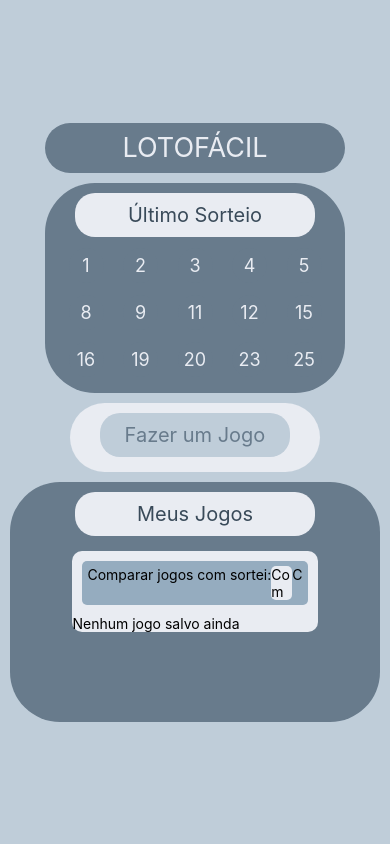
Repository: Deyvid-Kasteh/LotofacilApp
Screen: /
These files come from the project's save history. The screen is drawn as it stood at one moment and after the next save; the edit follows.
The app was drawn by React Native's web renderer in a window 390 px wide. The project was rebuilt for these pictures with package versions that can differ from the ones it lists, and the page was loaded fresh each time. Also part of the build but not shown: Bolhas.js, components/Resultado.js, paginaTESTE.js, paginaTESTE2.js, SeuComponentePai.js, components/Jogo.js, components/ResultadoTexte2.js.

Above is the screen before, as saved 2023-12-03 01:41:26.

### App.js
import { StatusBar } from 'expo-status-bar';
import { Text, View } from 'react-native';
import MainPage from './pages/MainPage';

export default function App() {
  return (
    <MainPage/>
  );
}

### pages/MainPage.js
import { View, Text } from 'react-native'
import React from 'react'
import { StatusBar } from "expo-status-bar";
import Resultado from '../components/Resultado';
import PaginaTesteee from '../paginaTESTE';
import Teste2pagina from '../paginaTESTE2';
import SeuComponentePai from '../SeuComponentePai';
import ResultadoTexte from '../components/ResultadoTexte';
import ResultadoTexte2 from '../components/ResultadoTexte2';
import MostrarJogosSalvos from '../components/MostrarJogosSalvos';
import ResultadoTexteParaFazerCorreções from '../paginaTESTE';
import PickerTeste from '../paginaTESTE';






const MainPage = () => {
  return (
    <View
      style={{
        flex: 1,
        alignItems: "center",
        justifyContent: "flex-start",
        backgroundColor: "#BFCDD9",
      }}
    >
      <StatusBar style="auto" />
      {/* <Text>Lotofácil</Text> */}
      {/* <Resultado /> */}
      {/* <PaginaTesteee /> */}
      {/* <Teste2pagina/> */}
      {/* <SeuComponentePai/> */}
      <ResultadoTexte />
      {/* <PickerTeste /> */}
      {/* <ResultadoTexte2/> */}
      {/* <MostrarJogosSalvos /> */}
    </View>
  );
}

export default MainPage

### components/ResultadoTexte.js
import { View, Text, TouchableOpacity } from "react-native";
import React, { useState } from "react";
import AsyncStorage from "@react-native-async-storage/async-storage";

import Bubble from "./Bubble";
import latestJson from "../Latest.json";
import Bolhas from "../Bolhas";
import Jogo from "./Jogo";
import MostrarJogosSalvos from "./MostrarJogosSalvos";

// Defina constantes para cores
const backgroundColor1 = "#687B8C";
const backgroundColor2 = "#394A59";
const backgroundColor3 = "#E9ECF2";

const bolhasContainerStyle = {
  flexWrap: "wrap",
  flexDirection: "row",
  alignContent: "center",
  justifyContent: "space-evenly",
};
const ResultadoTexte = () => {
  const [viewHeight, setViewHeight] = useState(50);
  const toggleHeight = () => {
    const newHeight = viewHeight === 50 ? 200 : 50;
    setViewHeight(newHeight);
    console.log("mudou");
  };

  const [alturaView1, setAlturaView1] = useState(200);
  const toggleAltura = () => {
    const novaAltura = alturaView1 === 200 ? 50 : 200;
    setAlturaView1(novaAltura);
  };

  const [alturaView3, setAlturaView3] = useState(200);
  const toggleAlturaView3 = () => {
    const novaAlturaView3 = alturaView3 === 200 ? 50 : 200;
    setAlturaView3(novaAlturaView3);
  };

  const dezenas = latestJson.Dezenas;

  const renderFazerJogo = () => {
    const [chosenNumbers, setChosenNumbers] = useState([]);
    const bolhasSelecionadas = chosenNumbers.length;
    const onSaveJogoPress = async () => {
      if (bolhasSelecionadas === 15) {
        try {
          // Recupera os jogos já salvos (se existirem)
          const jogosSalvosJSON = await AsyncStorage.getItem("meusJogos");
          const jogosSalvos = jogosSalvosJSON
            ? JSON.parse(jogosSalvosJSON)
            : [];

          // Cria um objeto representando o jogo atual
          const jogoAtual = {
            numerosSelecionados: chosenNumbers,
            data: new Date().toLocaleString(),
          };

          // Adiciona o jogo atual à lista de jogos
          jogosSalvos.push(jogoAtual);

          // Salva a lista atualizada de jogos no AsyncStorage
          await AsyncStorage.setItem("meusJogos", JSON.stringify(jogosSalvos));

          console.log("Jogo salvo!");
          // Limpa os números escolhidos após salvar o jogo
          setChosenNumbers([]);
        } catch (error) {
          console.error("Erro ao salvar o jogo:", error);
        }
      } else {
        console.log("Selecione exatamente 15 números para salvar o jogo.");
      }
    };
    const handleBolhaPress = (numero) => {
      if (chosenNumbers.includes(numero)) {
        setChosenNumbers(chosenNumbers.filter((num) => num !== numero));
      } else {
        if (bolhasSelecionadas < 15) {
          setChosenNumbers([...chosenNumbers, numero]);
        }
      }
    };
    const dezenasParaEscolher = Array.from({ length: 25 }, (_, i) => i + 1);

    if (viewHeight === 50) {
      return null;
    } else {
      return (
        <View style={{ justifyContent: "center", alignItems: "center" }}>
          <View style={{}}>
            <Text
              style={{
                color: backgroundColor3,
                fontSize: 16,
              }}
            >
              Escolha 15 números
            </Text>
          </View>
          <View style={bolhasContainerStyle}>
            {dezenasParaEscolher.map((numero, index) => (
              <Bolhas
                key={index}
                numero={numero}
                choose={chosenNumbers.includes(numero)}
                onPress={() => handleBolhaPress(numero)}
              />
            ))}
          </View>
          <View key="números" style={{}}>
            <Text
              style={{
                color: backgroundColor3,
                fontSize: 16,
              }}
            >
              {bolhasSelecionadas} números selecionados
            </Text>
            <TouchableOpacity onPress={onSaveJogoPress}>
              <Text
                style={{
                  color: bolhasSelecionadas === 15 ? "green" : backgroundColor3,
                }}
              >
                SALVAR JOGO
              </Text>
            </TouchableOpacity>
            {/* <TouchableOpacity onPress={onDeleteJogosPress}>
              <Text style={{ color: "red" }}>DELETAR JOGOS</Text>
            </TouchableOpacity> */}
          </View>
        </View>
      );
    }
  };

  const renderConferirJogos = () => {
    if (alturaView3 === 50) {
      return null; // Retorna null se a altura for 50
    } else {
      return (
        <View style={bolhasContainerStyle}>
          <MostrarJogosSalvos />
        </View>
      );
    }
  };

  return (
    <View
      style={{
        flex: 1,
        justifyContent: "center",
        alignItems: "center",
      }}
    >
      <View
        style={{
          width: 300,
          height: 50,
          borderRadius: 50,
          alignItems: "center",
          justifyContent: "center",
          elevation: 2,
          backgroundColor: backgroundColor1,
          marginBottom: 10,
        }}
      >
        <Text
          style={{
            color: backgroundColor3,
            fontSize: 27,
          }}
        >
          LOTOFÁCIL
        </Text>
      </View>

      <View
        key="1"
        style={[
          {
            width: 300,
            padding: 10,
            borderRadius: 50,
            alignItems: "center",
            elevation: 2,
            backgroundColor: backgroundColor1,
            marginBottom: 10,
          },
          alturaView1 === 50
            ? { width: 250, backgroundColor: "#E9ECF2" }
            : { width: 300, backgroundColor: "#687B8C" },
        ]}
      >
        <TouchableOpacity
          style={[
            {
              width: 240,
              backgroundColor: backgroundColor3,
              elevation: 5,
              justifyContent: "center",
              alignItems: "center",
              padding: 10,
              borderRadius: 20,
              marginBottom: 5,
            },
            alturaView1 === 50
              ? { width: 190, backgroundColor: "#BFCDD9" }
              : { width: 240, backgroundColor: "#E9ECF2" },
          ]}
          onPress={() => toggleAltura()}
        >
          <Text
            style={{
              fontSize: 20,
              color: alturaView1 === 50 ? backgroundColor1 : backgroundColor2,
            }}
          >
            Último Sorteio
          </Text>
        </TouchableOpacity>

        {alturaView1 === 200 && (
          <View style={bolhasContainerStyle}>
            {dezenas.map((numero, index) => (
              <Bubble key={index} numero={numero} />
            ))}
          </View>
        )}
      </View>

      <View
        key="2"
        style={[
          {
            width: 300,
            padding: 10,
            borderRadius: 50,
            alignItems: "center",
            elevation: 2,
            marginBottom: 10,
          },
          viewHeight === 50
            ? { width: 250, backgroundColor: "#E9ECF2" }
            : { width: 300, backgroundColor: "#687B8C" },
        ]}
      >
        <TouchableOpacity
          style={[
            {
              width: 240,
              elevation: 5,
              justifyContent: "center",
              alignItems: "center",
              padding: 10,
              borderRadius: 20,
              marginBottom: 5,
            },
            viewHeight === 50
              ? { width: 190, backgroundColor: "#BFCDD9" }
              : { width: 240, backgroundColor: "#E9ECF2" },
          ]}
          onPress={() => toggleHeight()}
        >
          <Text
            style={{
              fontSize: 20,
              color: viewHeight === 50 ? backgroundColor1 : backgroundColor2,
            }}
          >
            Fazer um Jogo
          </Text>
        </TouchableOpacity>
        {renderFazerJogo()}
      </View>
      <View
        key="3"
        style={[
          {
            width: 300,
            padding: 10,
            borderRadius: 50,
            alignItems: "center",
            elevation: 2,
          },
          alturaView3 === 50
            ? { width: 250, backgroundColor: "#E9ECF2" }
            : { width: 370, backgroundColor: "#687B8C" },
        ]}
      >
        <TouchableOpacity
          style={[
            {
              width: 240,
              elevation: 5,
              justifyContent: "center",
              alignItems: "center",
              padding: 10,
              borderRadius: 20,
              marginBottom: 5,
            },
            alturaView3 === 50
              ? { width: 190, backgroundColor: "#BFCDD9" }
              : { width: 240, backgroundColor: "#E9ECF2" },
          ]}
          onPress={() => toggleAlturaView3()}
        >
          <Text
            style={{
              fontSize: 20,
              color: alturaView3 === 50 ? backgroundColor1 : backgroundColor2,
            }}
          >
            Meus Jogos
          </Text>
        </TouchableOpacity>
        {renderConferirJogos()}
        {/* <MostrarJogosSalvos/> */}
      </View>
    </View>
  );
};

export default ResultadoTexte;

### components/MostrarJogosSalvos.js
import React, { useState, useEffect } from "react";
import { View, Text, TouchableOpacity } from "react-native";
import AsyncStorage from "@react-native-async-storage/async-storage";
import Jogo from "./Jogo";
import * as Cores from "../assets/Cores";


const MostrarJogosSalvos = () => {
  const [jogosSalvos, setJogosSalvos] = useState([]);

  // Adicione a função saveJogos
  const saveJogos = async (jogos) => {
    try {
      await AsyncStorage.setItem("meusJogos", JSON.stringify(jogos));
    } catch (error) {
      console.error("Erro ao salvar jogos:", error);
    }
  };

  const handleDelete = async (index) => {
    try {
      const jogosAtualizados = [...jogosSalvos];
      jogosAtualizados.splice(index, 1);

      await saveJogos(jogosAtualizados);

      setJogosSalvos(jogosAtualizados);
    } catch (error) {
      console.error("Erro ao deletar jogo:", error);
    }
  };

  useEffect(() => {
    const carregarJogosSalvos = async () => {
      try {
        const jogosSalvosJSON = await AsyncStorage.getItem("meusJogos");
        const jogosSalvos = jogosSalvosJSON ? JSON.parse(jogosSalvosJSON) : [];
        setJogosSalvos(jogosSalvos);
      } catch (error) {
        console.error("Erro ao carregar jogos salvos:", error);
      }
    };

    carregarJogosSalvos();
  }, []);

  return (
    <View
      style={{
        borderRadius: 10,
        backgroundColor: Cores.cor1,
        marginTop: 10,
        marginBottom: 80,
      }}
    >
      <View
        style={{
          margin: 10,
          padding: 5,
          backgroundColor: Cores.cor3,
          borderRadius: 5,
          flexDirection: "row",
        }}
      >
        <View>
          <Text>Comparar jogos com sortei:</Text>
        </View>
        <View
          style={{
            borderRadius: 5,
            backgroundColor: Cores.cor1,
            width: 21,
          }}
        >
          <Text>Com</Text>
        </View>
        <View>
          <Text>C</Text>
        </View>
      </View>
      {jogosSalvos.length === 0 ? (
        <Text>Nenhum jogo salvo ainda</Text>
      ) : (
        jogosSalvos.map((jogo, index) => (
          <Jogo
            key={index}
            numerosSelecionados={jogo.numerosSelecionados}
            onDelete={() => handleDelete(index)}
          />
        ))
      )}
    </View>
  );
};

export default MostrarJogosSalvos;

### components/Bubble.js
import { View, Text } from "react-native";
import React from "react";

const Bubble = (props) => {
  if (props.choose) {console.log(props.choose)}
  return (
    <View
      style={[
        {
          width: 35,
          height: 35,
          // backgroundColor: "#394A59",
          // backgroundColor: "#687B8C",

          borderRadius: 50,
          alignContent: "center",
          justifyContent: "center",
          alignItems: "center",
          margin: 6,
          // elevation: 5,
          opacity: 1,
        },
        props.choose
          ? { backgroundColor: "#394A59" }
          : { backgroundColor: "#687B8C" },
      ]}
    >
      <Text
        style={{
          color: "#E9ECF2",
          fontSize: 18,
        }}
      >
        {props.numero}
      </Text>
    </View>
  );
};

export default Bubble;

### Latest.json
{
  "concurso": 2960,
  "Data Sorteio": "22/11/2023",
  "Dezenas": [
    1,
    2,
    3,
    4,
    5,
    8,
    9,
    11,
    12,
    15,
    16,
    19,
    20,
    23,
    25
  ],
  "Ganhadores 15 acertos": 3,
  "Cidade / UF": "BRASILIA/DF; JARAGUA/GO; IPATINGA/MG",
  "Premio 15 Acertos": "R$1.639.439,24",
  "Ganhadores 14 Acertos": 433,
  "Premio 14 Acertos": "R$1.732,84",
  "Ganhadores 13 Acertos": 13831,
  "Premio 13 Acertos": "R$30,00",
  "Ganhadores 12 Acertos": 163567,
  "Premio 12 Acertos": "R$12,00",
  "Ganhadores 11 Acertos": 882304,
  "Premio 11 Acertos": "R$6,00"
}

### assets/Cores.js
export const cor1 = "#E9ECF2"; // Cor mais clara
export const cor2 = "#BFCDD9";
export const cor3 = "#95ACBF";
export const cor4 = "#687B8C";
export const cor5 = "#394A59"; // Cor mais escura

After the next save:
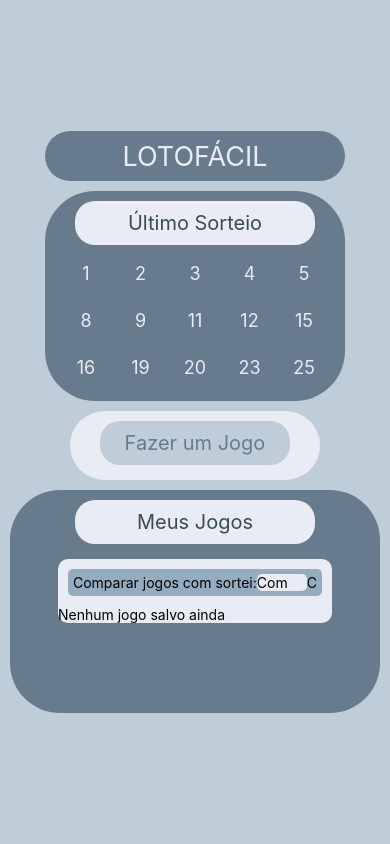
Saved 6 s later.
--- a/components/MostrarJogosSalvos.js
+++ b/components/MostrarJogosSalvos.js
@@ -69,7 +69,7 @@
           style={{
             borderRadius: 5,
             backgroundColor: Cores.cor1,
-            width: 21,
+            width: 50,
           }}
         >
           <Text>Com</Text>
